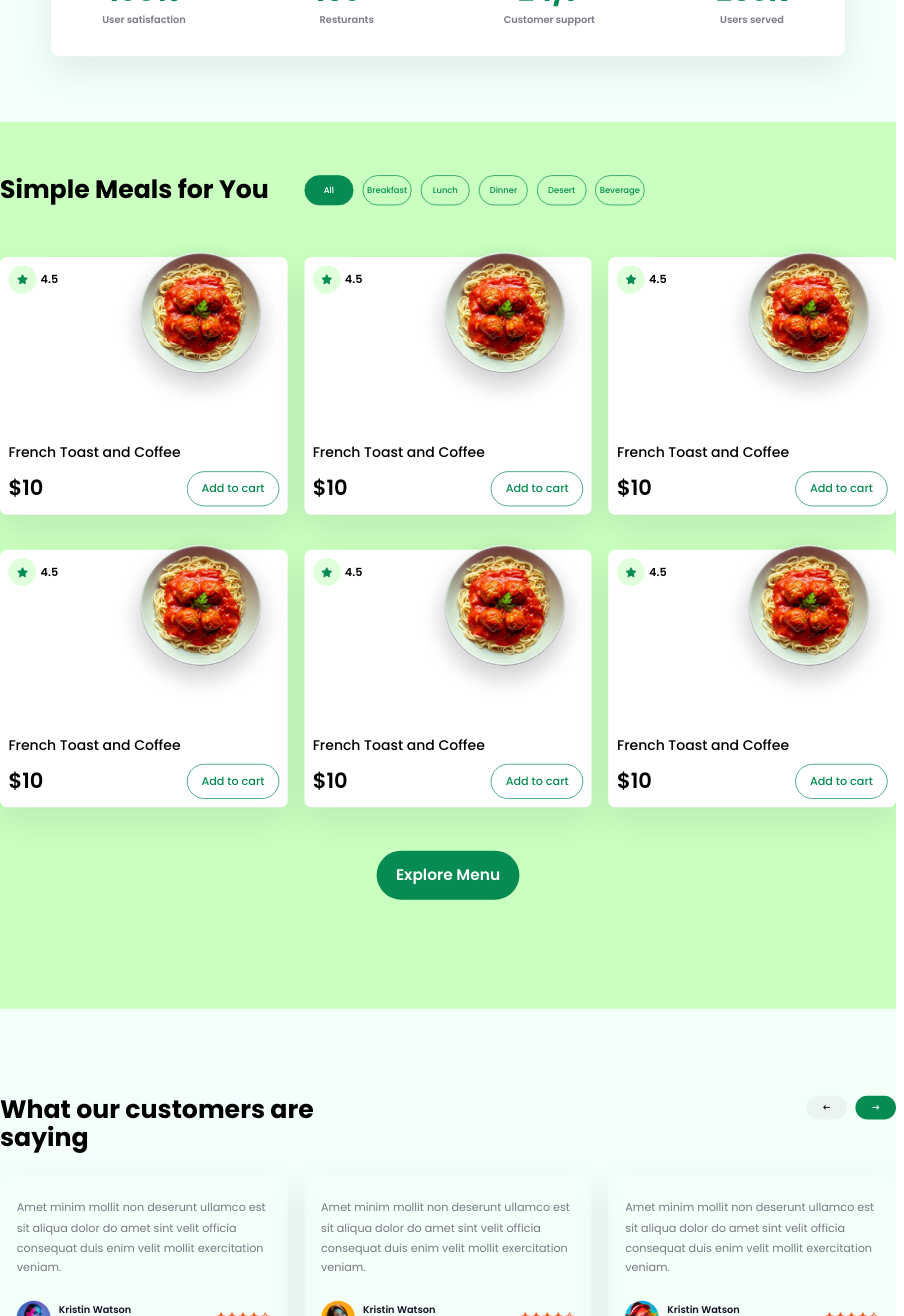
Repository: nguyennam1029/balbal
Page: index.html
These files come from the project's save history. The page is drawn as it stood at one moment and after the next save; the edit follows.
The browser window is 1280 px wide. The page is 1292 px wide, so the pictures cover 1292 px, including what lies to the right of the window. The pictures show the part of the page from y = 976 to 2856 px (the page is 4135 px tall before and 4194 px after), at 70% of full size.
Some web libraries are served in a nearby version.

Above is the page before, as saved 2022-07-07 23:32:06.

After the next save:
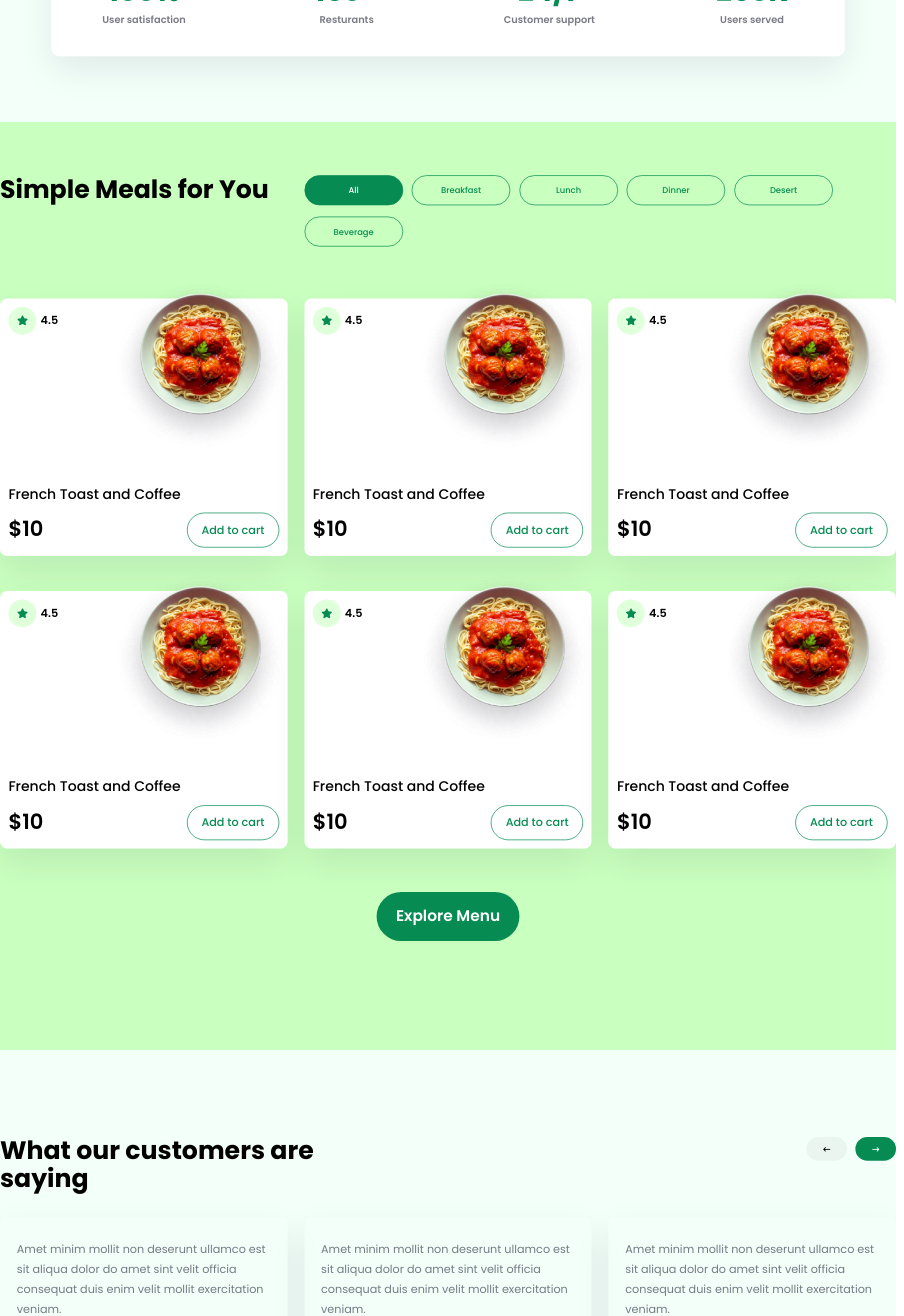
Saved 15 s later.
--- a/index.html
+++ b/index.html
@@ -114,12 +114,12 @@
               </div>
               <!-- <div class="col l-8 m-12 c-12"> -->
               <ul class="tab-list col l-8 m-12 c-12">
-                <li class="tab-item active l-1 m-3 c-4">All</li>
-                <li class="tab-item l-1 m-3 c-4">Breakfast</li>
-                <li class="tab-item l-1 m-3 c-4">Lunch</li>
-                <li class="tab-item l-1 m-3 c-4">Dinner</li>
-                <li class="tab-item l-1 m-3 c-4">Desert</li>
-                <li class="tab-item l-1 m-3 c-4">Beverage</li>
+                <li class="tab-item active l-2 m-3 c-4">All</li>
+                <li class="tab-item l-2 m-3 c-4">Breakfast</li>
+                <li class="tab-item l-2 m-3 c-4">Lunch</li>
+                <li class="tab-item l-2 m-3 c-4">Dinner</li>
+                <li class="tab-item l-2 m-3 c-4">Desert</li>
+                <li class="tab-item l-2 m-3 c-4">Beverage</li>
               </ul>
               <!-- </div> -->
             </div>
